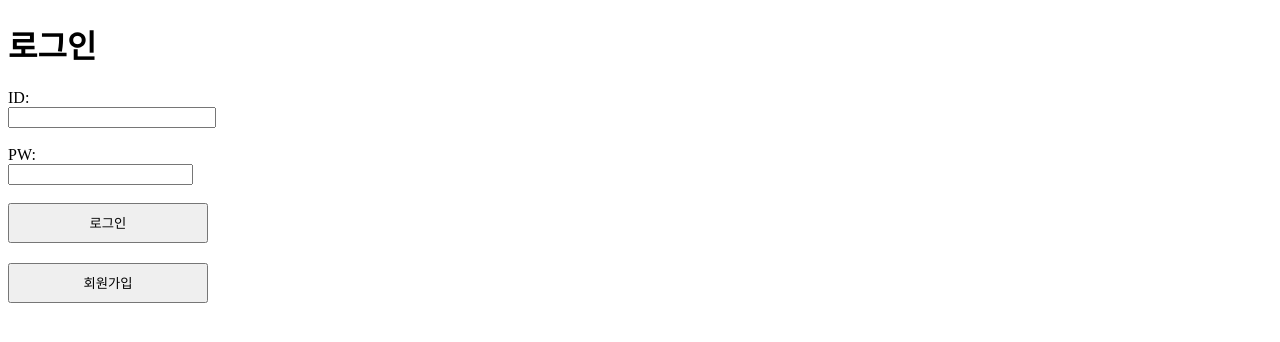
Repository: euniiee/test11
Page: http://localhost/Project/Login.jsp
These files come from the project's save history. The page is drawn as it stood at one moment and after the next save; the edit follows.
The browser window is 1280 px wide. The pictures show the whole page.
The page is served by Tomcat 9. Other server files are loaded and not shown.

Above is the page before, as saved 2023-02-01 01:17:09.

### Project/WebContent/Login.jsp
<%@ page language="java" contentType="text/html; charset=UTF-8"
    pageEncoding="UTF-8"%>
<!DOCTYPE html>
<html>
<head>
<meta charset="UTF-8">
<title>Insert title here</title>
<script src="https://code.jquery.com/jquery-3.6.3.js" integrity="sha256-nQLuAZGRRcILA+6dMBOvcRh5Pe310sBpanc6+QBmyVM=" crossorigin="anonymous"></script>
<style>

</style>
</head>
<body>
	<form style="width:200px">
		<h1>로그인</h1>
		<div>ID: <input style="width:100%"type="text" class="id" name="id"  required></div><br/>
		<div style="width:100%">PW: <input type="password" class="pw" name="pw" required></div><br/>
		<input type="submit" value="로그인" style="width:100%;  height:40px; margin-bottom:20px"><br>
		<input type="submit" value="회원가입" style="width:100%; height:40px "><br>
	</form>
</body>
</html>

After the next save:
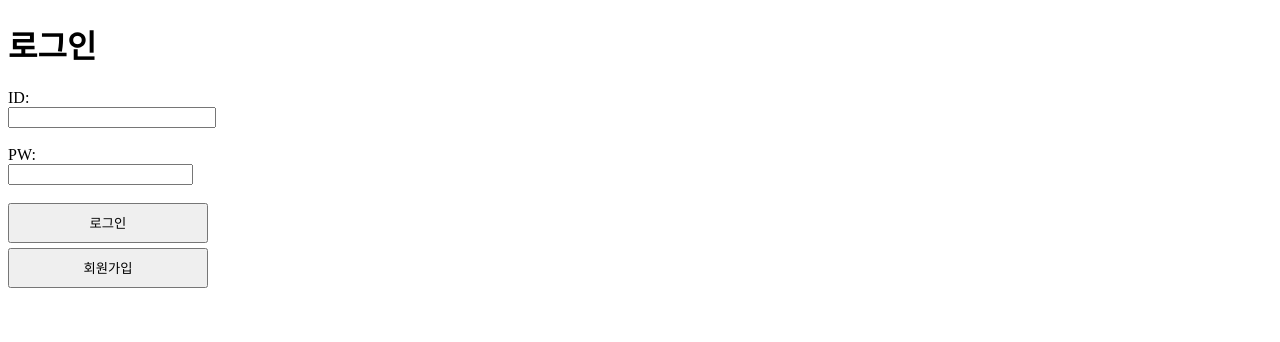
Saved 8 s later.
--- a/Project/WebContent/Login.jsp
+++ b/Project/WebContent/Login.jsp
@@ -15,7 +15,7 @@
 		<h1>로그인</h1>
 		<div>ID: <input style="width:100%"type="text" class="id" name="id"  required></div><br/>
 		<div style="width:100%">PW: <input type="password" class="pw" name="pw" required></div><br/>
-		<input type="submit" value="로그인" style="width:100%;  height:40px; margin-bottom:20px"><br>
+		<input type="submit" value="로그인" style="width:100%;  height:40px; margin-bottom:5px"><br>
 		<input type="submit" value="회원가입" style="width:100%; height:40px "><br>
 	</form>
 </body>
